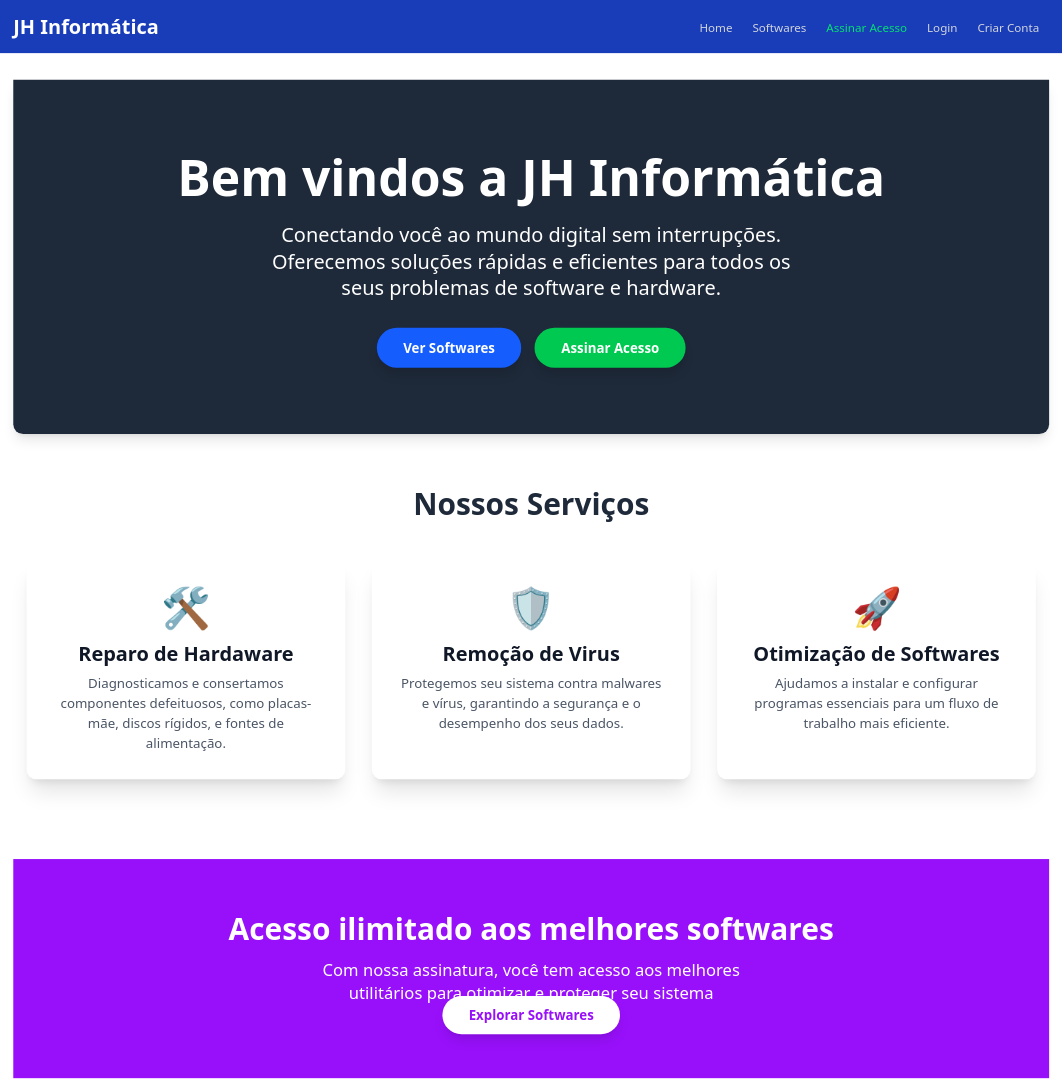
Repository: estevam02009/jh-info
Page: / (app in frontend/)
The author's editor kept a copy of each file at every save. The page is drawn from the files as they stood at one save, then again after the next save.
The browser window is 1280 px wide. The pictures show the whole page, at 83% of full size.
The project was rebuilt for these pictures with package versions that can differ from the ones it lists, and the page was loaded fresh each time. Also part of the build but not shown: frontend/src/pages/Login.jsx, frontend/src/pages/Register.jsx, frontend/src/pages/Dashboard.jsx, frontend/src/components/ProtectedRoute.jsx, frontend/src/pages/SoftwareList.jsx, frontend/src/pages/SoftwareDetails.jsx, frontend/src/pages/SoftwareManagement.jsx, frontend/src/pages/PaymentPage.jsx and 1 more.

Above is the page before, as saved 2025-07-13 11:53:36.

### frontend/index.html
<!doctype html>
<html lang="en">
  <head>
    <meta charset="UTF-8" />
    <link rel="icon" type="image/svg+xml" href="/vite.svg" />
    <meta name="viewport" content="width=device-width, initial-scale=1.0" />
    <title>JH Informática</title>
  </head>
  <body>
    <div id="root"></div>
    <script type="module" src="/src/main.jsx"></script>
  </body>
</html>

### frontend/src/main.jsx
// src/main.jsx
import React from 'react';
import ReactDOM from 'react-dom/client';
import App from './App.jsx';
import './index.css'; // Para estilos globais
import { BrowserRouter } from 'react-router-dom';
import { AuthProvider } from './context/AuthContext.jsx'; // Contexto de Autenticação

ReactDOM.createRoot(document.getElementById('root')).render(
    <React.StrictMode>
        <BrowserRouter>
            <AuthProvider> {/* O AuthProvider envolve toda a aplicação */}
                <App />
            </AuthProvider>
        </BrowserRouter>
    </React.StrictMode>,
);

### frontend/src/App.jsx
import React from "react";
import {Link, Routes, Route} from "react-router-dom";
import Login from "./pages/Login.jsx";
import Register from "./pages/Register.jsx";
import Home from "./pages/Home.jsx";
import Dashboard from "./pages/Dashboard.jsx";
import ProtectedRoute from "./components/ProtectedRoute";
import SoftwareList from "./pages/SoftwareList";
import SoftwareDetails from "./pages/SoftwareDetails";
import SoftwareManagement from "./pages/SoftwareManagement";
import PaymentPage from "./pages/PaymentPage";
import MySoftwares from "./pages/MySoftwares.jsx";
import { useAuth } from "./context/AuthContext";


const App = () => {

    const { user, logout } = useAuth(); // Obtém o estado do usuário e a função de logout

    return (
        <>
            <nav className="bg-blue-800 p-4">
                <div className="container mx-auto flex justify-between items-center">
                    <Link to="/" className="text-white text-2xl font-bold">JH Informática</Link>
                    <div>
                        <Link to="/" className="text-gray-300 hover:bg-white hover:text-blue-500 px-3 py-2 rounded-md text-sm font-medium">Home</Link>
                        <Link to="/softwares" className="text-gray-300 hover:bg-white hover:text-blue-500 px-3 py-2 rounded-md text-sm font-medium">Softwares</Link>

                        {/* Link para a página de Pagamento/Assinatura */}
                        {!user?.hasPaidAccess && (
                            <Link to="/subscribe" className="text-green-400 hover:bg-gray-700 hover:text-green-200 px-3 py-2 rounded-md text-sm font-medium">Assinar Acesso</Link>
                        )}

                    {/*    Links visiveis apenas se o usuário estiver logado    */}
                        {user ? (
                            <>
                                <Link to="/dashboard" className="text-gray-300 hover:bg-white hover:text-blue-500 px-3 py-2 rounded-md text-sm font-medium">Dashboard</Link>
                                {user.hasPaidAccess && ( // Mostrar "Meus Softwares" apenas se tiver pago
                                    <Link to="/my-softwares" className="text-gray-300 hover:bg-white hover:text-blue-500 px-3 py-2 rounded-md text-sm font-medium">Meus Softwares</Link>
                                )}
                            {/* Link para gerenciamento de softwares - visivel apenas para admins logados */}
                                {user.role === "admin" && (
                                    <Link to="/admin/softwares" className="text-gray-300 hover:bg-white hover:text-blue-500 px-3 py-2 rounded-md text-sm font-medium">Gerenciar Softwares</Link>
                                )}
                                <button
                                    onClick={logout}
                                    className="bg-red-600 hover:bg-red-800 px-3 py-2 rounded-md text-sm text-white font-medium ml-4"
                                >Sair</button>
                            </>
                        ) : (

                            <>
                                {/* Links visivéis apenas se o usuário não estiver logado */}
                                <Link to="/login" className="text-gray-300 hover:bg-white hover:text-blue-500 px-3 py-2 rounded-md text-sm font-medium">Login</Link>
                                <Link to="/register" className="text-gray-300 hover:bg-white hover:text-blue-500 px-3 py-2 rounded-md text-sm font-medium">Criar Conta</Link>
                            </>
                        )}
                    </div>
                </div>
            </nav>

            {/* Conteúdo principal*/}
            <div className="container mx-auto p-4 mt-4">
                <Routes>
                    <Route path="/" element={<Home />} />
                    <Route path="/login" element={<Login />} />
                    <Route path="/register" element={<Register />} />

                    <Route path="/softwares" element={<SoftwareList />} /> {/* <-- Nova Rota */}
                    <Route path="/softwares/:id" element={<SoftwareDetails />} />

                    {/* Rota para a página de assinatura. É acessível se o usuário estiver logado ou não, mas a lógica de pagamento exige login */}
                    <Route path="/subscribe" element={<PaymentPage />} />

                {/* Rotas protegidas */}
                    <Route element={<ProtectedRoute />}>
                        <Route path="/dashboard" element={<Dashboard />}></Route>
                        <Route path="/my-softwares" element={<MySoftwares />} />
                    </Route>

                    <Route element={<ProtectedRoute allowedRoles={['admin']} />}>
                        <Route path="/admin/softwares" element={<SoftwareManagement />} />
                    </Route>

                    <Route path="*" element={<h2 className="text-4xl font-bold text-red-500">404 - Página não encontrada</h2>}></Route>
                </Routes>
            </div>
        </>
    )
}

export default App;

### frontend/src/context/AuthContext.jsx
// src/context/AuthContext.jsx
import React, { createContext, useState, useEffect, useContext } from 'react';
import axios from 'axios';

const AuthContext = createContext();

export const AuthProvider = ({ children }) => {
    // O estado 'user' agora conterá o campo 'hasPaidAccess'
    const [user, setUser] = useState(null);
    const [token, setToken] = useState(null);
    const [loading, setLoading] = useState(true); // Para saber se o token está sendo verificado

    // Base da URL da sua API
    const API_URL = 'http://localhost:5000/api'; // Certifique-se que a porta está correta

    // Carrega o token e usuário do localStorage ao iniciar
    useEffect(() => {
        const storedToken = localStorage.getItem('token');
        const storedUser = localStorage.getItem('user');

        if (storedToken && storedUser) {
            setToken(storedToken);

            if (storedToken && storedUser) {
                setToken(storedToken);
                // Garante que o usuário no estado inclui 'hasPaidAccess'
                try {
                    const userData = JSON.parse(storedUser);
                    setUser(userData);
                } catch (error) {
                    console.error('Erro ao fazer parse do usuário do localStorage:', error);
                    localStorage.removeItem('token');
                    localStorage.removeItem('user');
                }
            }

            // Configura o token no cabeçalho padrão do Axios para todas as requisições
            axios.defaults.headers.common['Authorization'] = `Bearer ${storedToken}`;
        }
        setLoading(false);
    }, []);

    const login = async (email, password) => {
        try {
            const response = await axios.post(`${API_URL}/auth/login`, { email, password });
            const { token, hasPaidAccess, ...userData } = response.data; // Capture 'hasPaidAccess'

            setToken(token);
            // Certifique-se de que o objeto user no estado inclui hasPaidAccess
            setUser({ ...userData, hasPaidAccess: hasPaidAccess });

            localStorage.setItem('token', token);
            // Armazene o objeto de usuário completo no localStorage, incluindo 'hasPaidAccess'
            localStorage.setItem('user', JSON.stringify({ ...userData, hasPaidAccess: hasPaidAccess }));

            axios.defaults.headers.common['Authorization'] = `Bearer ${token}`; // Atualiza o header
            return response.data;
        } catch (error) {
            console.error('Erro de login:', error.response?.data || error.message);
            throw error.response?.data || { message: 'Erro ao fazer login' };
        }
    };

    // Função para atualizar o estado do usuário (útil após o pagamento)
    const updateUserAccessStatus = (updatedUser) => {
        setUser(updatedUser);
        localStorage.setItem('user', JSON.stringify(updatedUser));
    }

    const register = async (name, email, password, role = 'user') => {
        try {
            const response = await axios.post(`${API_URL}/auth/register`, { name, email, password, role });
            // Geralmente, após o registro, você pode logar o usuário automaticamente ou redirecioná-lo para a tela de login
            return response.data;
        } catch (error) {
            console.error('Erro de registro:', error.response?.data || error.message);
            throw error.response?.data || { message: 'Erro ao registrar' };
        }
    };

    const logout = () => {
        setToken(null);
        setUser(null);
        localStorage.removeItem('token');
        localStorage.removeItem('user');
        delete axios.defaults.headers.common['Authorization']; // Remove o header do Axios
    };

    return (
        <AuthContext.Provider value={{ user, token, loading, login, register, logout, updateUserAccessStatus }}>
            {children}
        </AuthContext.Provider>
    );
};

export const useAuth = () => useContext(AuthContext);

### frontend/src/pages/Home.jsx
import React from 'react';
import { Link } from 'react-router-dom';

const Home = () => {
    return (
        <div className="flex flex-col items-center">

            {/* Seção Principal (Hero) */}
            <div className='bg-gray-800 text-white w-full py-20 px-4 text-center rounded-b-xl shadow-lg'>
                <h1 className='text-5xl md:text-6xl font-extrabold leading-tight mb-4'>
                    Bem vindos a JH Informática
                </h1>
                <p className='text-xl md:text-2xl font-light max-w-2xl mx-auto mb-8'>
                    Conectando você ao mundo digital sem interrupções. Oferecemos soluções rápidas e eficientes para todos os seus problemas de software e hardware.
                </p>
                <div className="flex justify-center space-x-4">
                    <Link
                        to="/softwares"
                        className="bg-blue-600 hover:bg-blue-700 text-white font-bold py-3 px-8 rounded-full shadow-lg transition duration-300"
                    >
                        Ver Softwares
                    </Link>
                    <Link
                        to="/subscribe"
                        className="bg-green-500 hover:bg-green-700 text-white font-bold py-3 px-8 rounded-full shadow-lg transition duration-300"
                    >
                        Assinar Acesso
                    </Link>
                </div>
            </div>

            {/* Seção nossos serviços */}
            <div className="container mx-auto py-16 px-4">
                <h2 className="text-4xl font-bold text-center text-gray-800 mb-12">Nossos Serviços</h2>
                <div className='grid grid-cols-1 md:grid-cols-2 lg:grid-cols-3 gap-8'>

                    {/* Card de Serviços */}
                    <div className='bg-white rounded-xl shadow-xl p-8 text-center transition-transform transform hover:scale-106 duration-300'>
                        <div className='text-5xl text-blue-600 mb-4'>🛠️</div>
                        <h3 className='text-2xl font-semibold text-gray-900 mb-2'>Reparo de Hardaware</h3>
                        <p className='text-gray-600'>
                            Diagnosticamos e consertamos componentes defeituosos, como placas-mãe, discos rígidos, e fontes de alimentação.
                        </p>
                    </div>

                    {/* Card de Serviços 2 */}
                    <div className='bg-white rounded-xl shadow-xl p-8 text-center transition-transform transform hover:scale-106 duration-300'>
                        <div className='text-5xl text-blue-600 mb-4'>🛡️</div>
                        <h3 className='text-2xl font-semibold text-gray-900 mb-2'>Remoção de Virus</h3>
                        <p className='text-gray-600'>
                            Protegemos seu sistema contra malwares e vírus, garantindo a segurança e o desempenho dos seus dados.
                        </p>
                    </div>

                    {/* Card de Serviços 2 */}
                    <div className='bg-white rounded-xl shadow-xl p-8 text-center transition-transform transform hover:scale-106 duration-300'>
                        <div className='text-5xl text-blue-600 mb-4'>🚀</div>
                        <h3 className='text-2xl font-semibold text-gray-900 mb-2'>Otimização de Softwares</h3>
                        <p className='text-gray-600'>
                            Ajudamos a instalar e configurar programas essenciais para um fluxo de trabalho mais eficiente.
                        </p>
                    </div>
                </div>
            </div>

            {/* Seção de chamada para a ação */}
            <div className='w-full bg-purple-600 text-white py-16 px-4 text-center mt-8'>
                <h2 className='text-3xl md:text-4xl font-bold mb-4'>Acesso ilimitado aos melhores softwares</h2>
                <p className='text-lg md:text-xl font-light max-w-xl mx-auto'>
                    Com nossa assinatura, você tem acesso aos melhores utilitários para otimizar e proteger seu sistema
                </p>
                <Link to="/softwares"
                    className="bg-white text-purple-600 font-bold py-3 px-8 rounded-full shadow-lg transition duration-300 hover:bg-opacity-90"
                >
                    Explorar Softwares
                </Link>
            </div>
        </div>
    )
}

export default Home;

Loaded but not shown: frontend/src/index.css (common file)

After the next save:
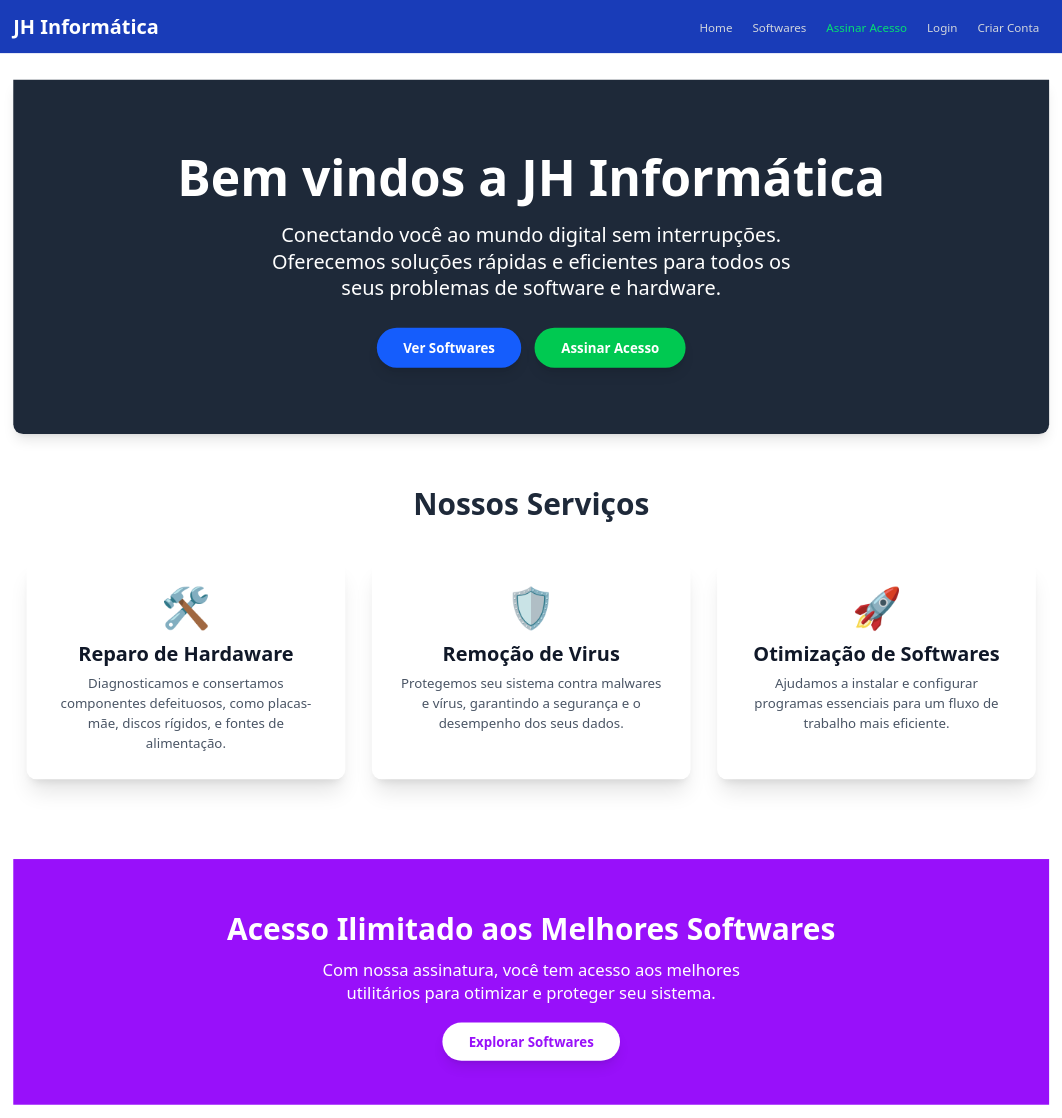
Saved 105 s later.
--- a/frontend/src/pages/Home.jsx
+++ b/frontend/src/pages/Home.jsx
@@ -64,13 +64,14 @@ const Home = () => {
             </div>
 
             {/* Seção de chamada para a ação */}
-            <div className='w-full bg-purple-600 text-white py-16 px-4 text-center mt-8'>
-                <h2 className='text-3xl md:text-4xl font-bold mb-4'>Acesso ilimitado aos melhores softwares</h2>
-                <p className='text-lg md:text-xl font-light max-w-xl mx-auto'>
-                    Com nossa assinatura, você tem acesso aos melhores utilitários para otimizar e proteger seu sistema
+            <div className="w-full bg-purple-600 text-white text-center py-16 px-4 mt-8">
+                <h2 className="text-3xl md:text-4xl font-bold mb-4">Acesso Ilimitado aos Melhores Softwares</h2>
+                <p className="text-lg md:text-xl font-light mb-8 max-w-xl mx-auto">
+                    Com nossa assinatura, você tem acesso aos melhores utilitários para otimizar e proteger seu sistema.
                 </p>
-                <Link to="/softwares"
-                    className="bg-white text-purple-600 font-bold py-3 px-8 rounded-full shadow-lg transition duration-300 hover:bg-opacity-90"
+                <Link
+                    to="/softwares"
+                    className="bg-white text-purple-600 font-bold py-3 px-8 rounded-full shadow-lg transition duration-300 hover:bg-gray-100"
                 >
                     Explorar Softwares
                 </Link>
